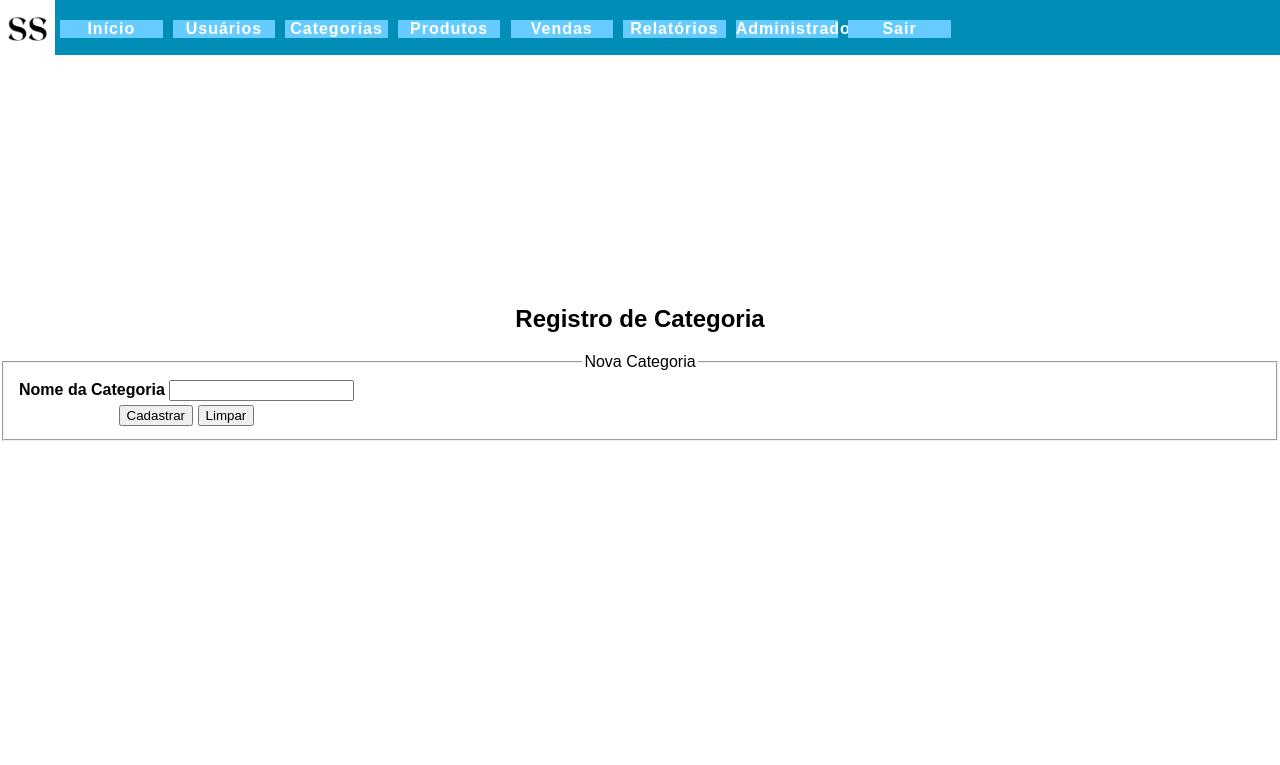
Repository: FaculdadeSenaiJoinville/PiMichelBaade
Page: ProjetoIndividual/WebContent/pages/admin/adminCategorias.html
An editor plug-in stored every save of this project. The page is shown before and after the next save, followed by the edit.
The browser window is 1280 px wide. The pictures show the whole page.

Above is the page before, as saved 2021-08-18 00:36:29.

### ProjetoIndividual/WebContent/pages/admin/adminCategorias.html
<!DOCTYPE html>
<html>
<head>
<meta charset="UTF-8">
	<meta name="description" content="Site da Software dos Sonhos">
	<meta name="keywords" content="Padaria, Software, Sonhos">
	<meta name="author" content="Michel Baade">
	<meta name="viewport" content="width=device-width, initial-scale=1.0">
<title>Software dos Sonhos</title>
<link rel="stylesheet" type="text/css" href="../../css/admin.css">
<script src="https://code.jquery.com/jquery-3.6.0.min.js" integrity="sha256-/xUj+3OJU5yExlq6GSYGSHk7tPXikynS7ogEvDej/m4=" crossorigin="anonymous"></script>
<script src="../../js/admin.js"></script>
</head>
<body>
	<header></header>

<section>

<h2>Registro de Categoria</h2>

		<form name="frmAddCategoria" id="addCategoria" class="frmInserir">
			<fieldset>
			<legend>Nova Categoria</legend>
				<table>

					<tr>

						<th>Nome da Categoria</th>
						<td><input type="text" name="nome"></td>

					</tr>
					<tr>
						<td colspan="2">
							<button type="button">Cadastrar</button>
							<button type="reset">Limpar</button>
						</td>
					</tr>
				</table>
			</fieldset>
		</form>

	</section>


</body>
</html>

### ProjetoIndividual/WebContent/css/admin.css
@charset "UTF-8";

body{
	margin: 0 auto;
	font-family: "Century Gothic", sans-serif;
}

header{
	height: 55px;
	background-color: #008eb6;
	position: sticky;
	position: -webkit -sticky;
	top: 0px;
}

header img{
	float: left;
	height: 55px;
	width: 55px;
}

nav{
	clear: both;
	width: 80%;
	height: 100%;
	display: inline-block;
	margin: 20px auto;
}

nav a{
	color: white;
	font-weight: bold;
	letter-spacing: 1px;
	text-decoration: none;
	text-align: center;
}

nav .opcao{
	float: left;
	width: 10%;
	background-color: #66ccff;
	margin: 0 0.5%;
	font-size: 16px;
}

nav .opcao:hover{
	background-color: #83afd3;
}

.dropdown{
	position: relative;
	display: inline-block;
}

.dropdown-content{
	display: none;
	position: absolute;
	background-color: #66ccff;
	z-index: 1;
	width: 100%;
}

.dropdown-content a{
	display: block;
}


.dropdown-content a:hover{
	background-color: 83afd3;
}

.dropdown:hover .dropdown-content{
	display: block;
}

section{
	clear: both;
	min-height: 460px;
	width: 100%;
	margin-top: 250px;
	text-align: center;

}

section img{
	border:4px solid #000;
}

.frmInserir{

}

### ProjetoIndividual/WebContent/js/admin.js
SONHOS = new Object();

$(document).ready(function() {

	$("header").load("/ProjetoIndividual/pages/admin/general/header.html");




});

### ProjetoIndividual/WebContent/pages/admin/general/header.html
<img src="../../imgs/logomenor.png" alt="Logo da Software dos Sonhos" id="logomenor">
<nav>
<a href="#"><div class="opcao">Início</div></a>
<a href="#"><div class="opcao">Usuários</div></a>
<a href="#"><div class="opcao">Categorias</div></a>
<a href="#"><div class="opcao">Produtos</div></a>
<a href="#"><div class="opcao">Vendas</div></a>
	<div class="opcao dropdown">
		<a href="#">
			<div class="dropbtn">Relatórios</div>
		</a>
		<div class="dropdown-content">
			<a href="#">Faturamentos</a>
			<a href="#">Vendas</a>
		</div>
	</div>
<a href="#"><div class="opcao">Administrador</div></a>
<a href="#"><div class="opcao">Sair</div></a>
</nav>

After the next save:
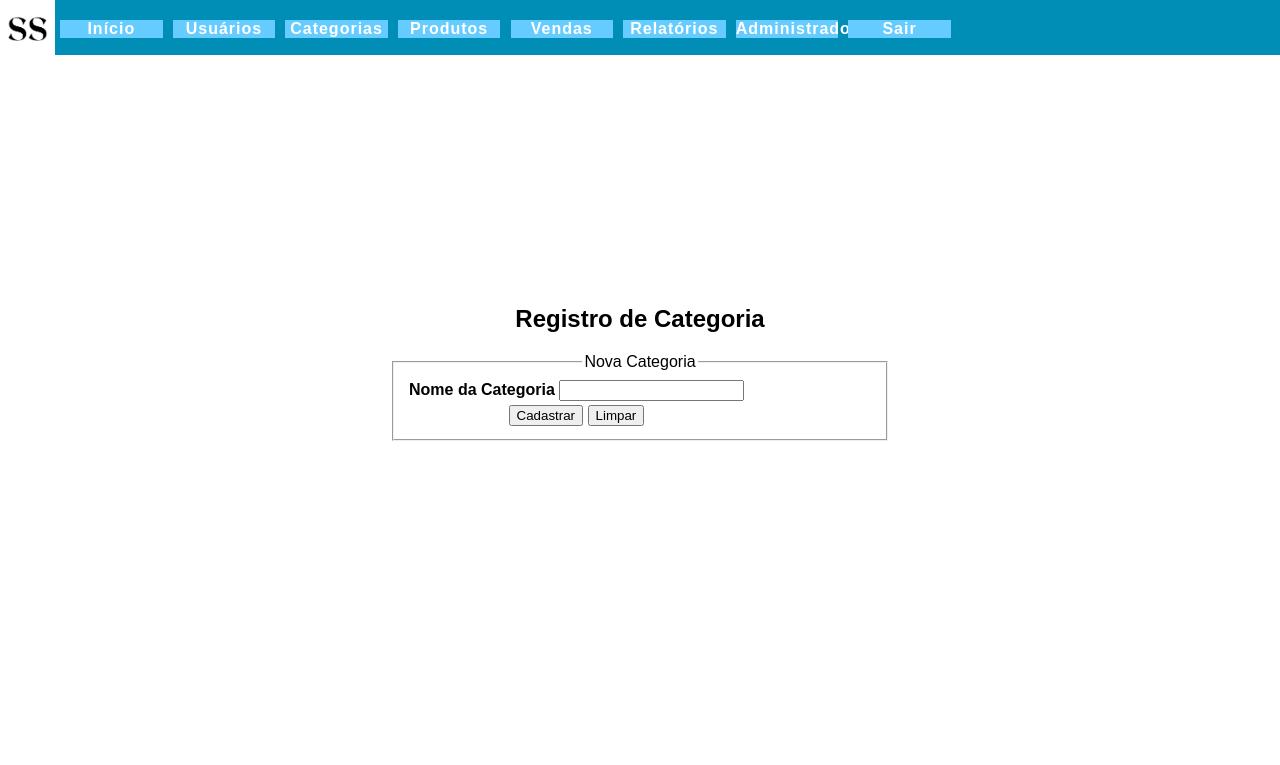
Saved 118 s later.
--- a/ProjetoIndividual/WebContent/css/admin.css
+++ b/ProjetoIndividual/WebContent/css/admin.css
@@ -87,5 +87,7 @@ section img{
 }
 
 .frmInserir{
-
+	margin: 0px auto;
+	margin-bottom: 10px;
+	width: 500px;
 }
